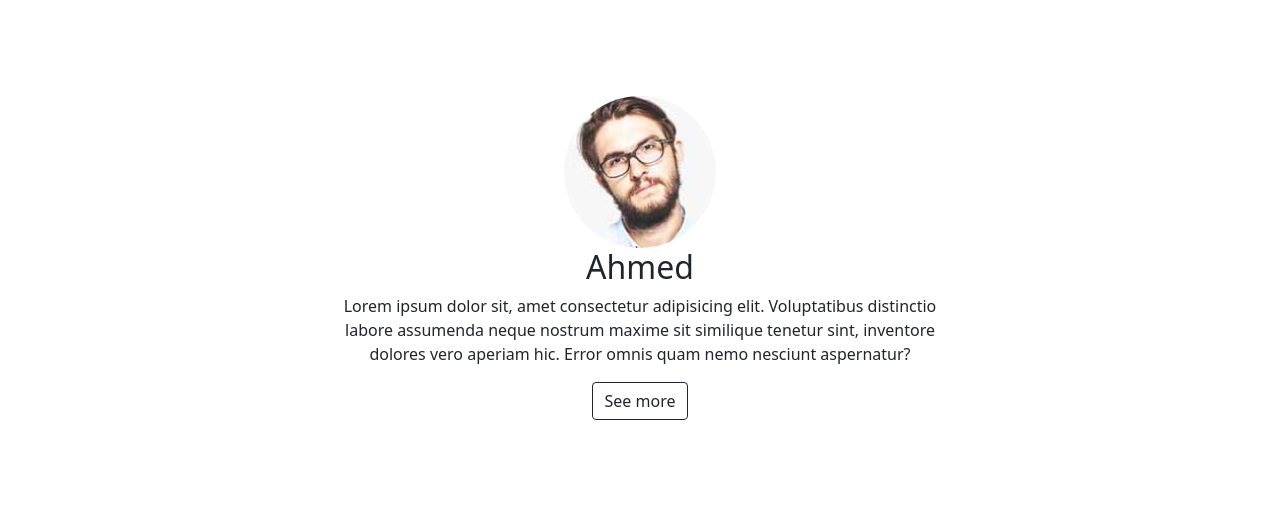
Repository: Ahmedalid/testing
Page: index.html
An editor plug-in stored every save of this project. The page is shown before and after the next save, followed by the edit.
The browser window is 1280 px wide. The pictures show the whole page.

Above is the page before, as saved 2023-06-10 13:54:04.

### index.html
<!DOCTYPE html>
<html lang="en">

<head>
    <meta charset="UTF-8">
    <meta http-equiv="X-UA-Compatible" content="IE=edge">
    <meta name="viewport" content="width=device-width, initial-scale=1.0">
    <link rel="stylesheet" href="bootstrap-5.0.2-dist/css/bootstrap.min.css">
    <title>Document</title>
</head>

<body>

    <div class="w-50 border-5 mt-5 border-dark text-center mx-auto py-5 px-3">
        <img src="2 (1).jpg" alt="" class="rounded-circle w-25">
        <h2>Ahmed</h2>
        <p>Lorem ipsum dolor sit, amet consectetur adipisicing elit. Voluptatibus distinctio labore assumenda neque
            nostrum maxime sit similique tenetur sint, inventore dolores vero aperiam hic. Error omnis quam nemo
            nesciunt aspernatur?</p>
            <button class="btn btn-outline-dark"> See more</button>
    </div>

    <script src="bootstrap-5.0.2-dist/js/bootstrap.bundle.min.js"></script>
</body>

</html>

Loaded but not shown: bootstrap-5.0.2-dist/css/bootstrap.min.css (library); bootstrap-5.0.2-dist/js/bootstrap.bundle.min.js (library)

After the next save:
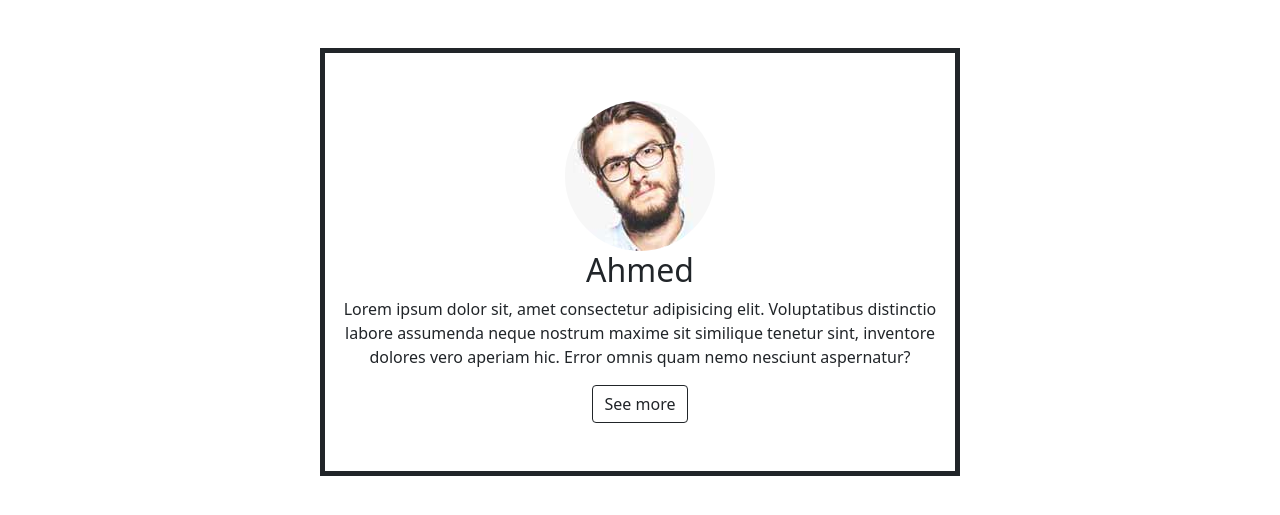
Saved 20 s later.
--- a/index.html
+++ b/index.html
@@ -11,7 +11,7 @@
 
 <body>
 
-    <div class="w-50 border-5 mt-5 border-dark text-center mx-auto py-5 px-3">
+    <div class="w-50 border border-5 mt-5 border-dark text-center mx-auto py-5 px-3">
         <img src="2 (1).jpg" alt="" class="rounded-circle w-25">
         <h2>Ahmed</h2>
         <p>Lorem ipsum dolor sit, amet consectetur adipisicing elit. Voluptatibus distinctio labore assumenda neque
